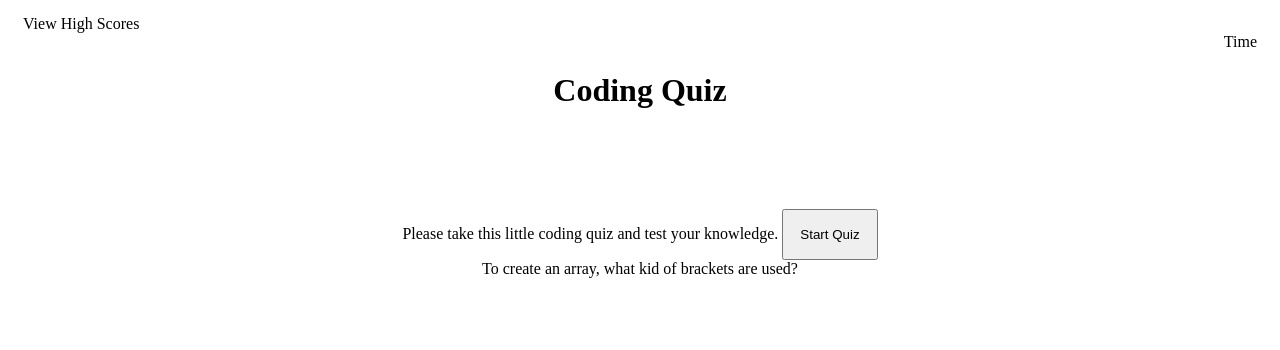
Repository: Naomilounsbury/code-quiz
Page: index.html
An editor plug-in stored every save of this project. The page is shown before and after the next save, followed by the edit.
The browser window is 1280 px wide. The pictures show the whole page.
After loading, the first visible `button` was clicked once.

Above is the page before, as saved 2021-11-27 17:58:07.
Console error: TypeError: Cannot read properties of undefined (reading 'appendChild')

### index.html
<!DOCTYPE html>
<html lang="en">
<head>
    <meta charset="UTF-8">
    <meta http-equiv="X-UA-Compatible" content="IE=edge">
    <meta name="viewport" content="width=device-width, initial-scale=1.0">
    <title>Code Quiz</title>
    <link rel="stylesheet" href="./assets/css/styles.css">
</head>
<body>
    <!-- basic words on the page, how do i get stuff inline? -->
 <header>
    <div class="high-scores">
     View High Scores
 </div>
 <!-- oh god I have to actually figure out how to do a timer -->
 <div class="time">
     Time
 </div>
 <h1 class="title">Coding Quiz</h1>
</header>
<!-- I then created a div element to introduce, maybe I'll add more to it later -->
 <div class="intro">

     Please take this little coding quiz and test your knowledge.
     <!-- I connected the button to the javascrpt woohoo -->
     <button onclick="onStartQuiz()">
         Start Quiz
     </button>
 </div>
 <!-- here is the quiz -->
 <form id="questions-form">
 <div class="question" >

 </div>

</form>
<script src="./assets/js/script.js"></script>
</body>
</html>

### assets/css/styles.css
header {
    margin: 10px;
    padding: 5px;
    text-decoration-color: black;

}
.high-scores{
    text-align: left;
}
.time{
    text-align: right;
}
h1{
    height: 100px;
    text-align: center;

}
.intro{
    text-align: center;
}
.question{
    text-align: center;

}
button{
    padding: 16px;

    text-align: center;
    align-content: center;
}

### assets/js/script.js
//first I am grabbing my variables from the html so that I can later use them inside functions
var formEl = document.querySelector("#questions-form");
var questionDivEl = document.querySelector(".question");
console.log(questionDivEl)
//I want to create an onclick function eventually
//so I'm creating my function
var onStartQuiz = function () {
    //when the quiz starts it grabs the first object in the array
    var currentQuestion = questions[0];

    //its going into the html and taking the div clas question and setting the value equal to the current question
    questionDivEl.innerText = currentQuestion.question

    //I dont know why these arent working and I'm crying
    var btn = document.createElement("BUTTON");
    btn.innerHTML = currentQuestion.a
    document.questionDivEl.appendChild(btn);

    var btn = document.createElement("button");
    btn.innerHTML = currentQuestion.b
    document.questionDivEl.appendChild(btn);

    var btn = document.createElement("button");
    btn.innerHTML = currentQuestion.c
    document.questionDivEl.appendChild(btn);

    var btn = document.createElement("button");
    btn.innerHTML = currentQuestion.d
    document.questionDivEl.appendChild(btn);

    var btn = document.createElement("button");
    btn.innerHTML = "Next Question"
    document.questionDivEl.appendChild(btn);

    //create a separate onclick that changes the current question to something else
    //create a next question button that will go on to the next question and save your answer
    console.log("hello")
}
//making an array of questions
var questions = [
    {
        //right now the key question is a string
        question: "To create an array, what kid of brackets are used?",
        answer: "a",
        a: "square brackets",
        b: "angle brackets",
        c: "curly brackets",
        d: "parentheses",
        //an array holds a list of items and since each question is an object we need a fucking comma
    },
    {
        question: "how do you create a branch with github?",
        answer: "b",
        a: "git push",
        b: "git branch",
        c: "git checkout",
        d: "git commit",
    },
    {
        question: "To create an array, what kid of brackets are used?",
        answer: "a",
        a: "square brackets",
        b: "angle brackets",
        c: "curly brackets",
        d: "parentheses",

    }
]

After the next save:
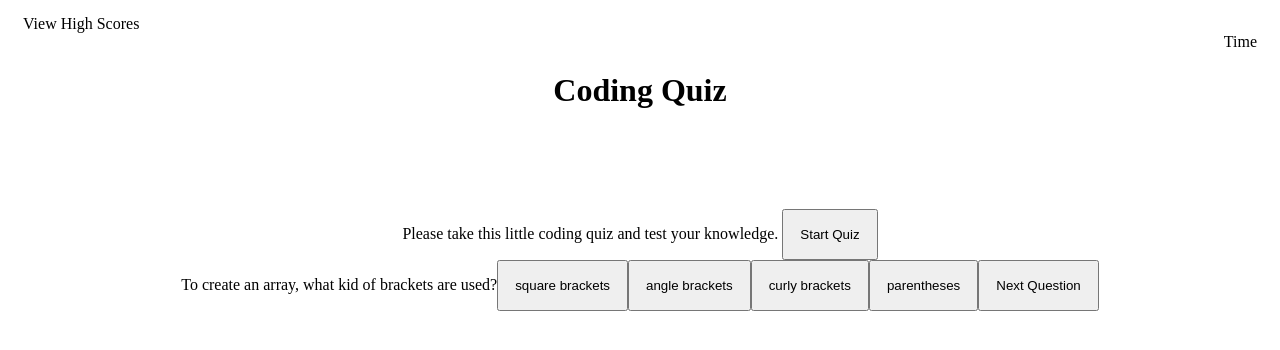
The error is gone.
Saved 2 min 54 s later.
--- a/assets/js/script.js
+++ b/assets/js/script.js
@@ -14,23 +14,23 @@ var onStartQuiz = function () {
     //I dont know why these arent working and I'm crying
     var btn = document.createElement("BUTTON");
     btn.innerHTML = currentQuestion.a
-    document.questionDivEl.appendChild(btn);
+    questionDivEl.appendChild(btn);
 
     var btn = document.createElement("button");
     btn.innerHTML = currentQuestion.b
-    document.questionDivEl.appendChild(btn);
+    questionDivEl.appendChild(btn);
 
     var btn = document.createElement("button");
     btn.innerHTML = currentQuestion.c
-    document.questionDivEl.appendChild(btn);
+    questionDivEl.appendChild(btn);
 
     var btn = document.createElement("button");
     btn.innerHTML = currentQuestion.d
-    document.questionDivEl.appendChild(btn);
+    questionDivEl.appendChild(btn);
 
     var btn = document.createElement("button");
     btn.innerHTML = "Next Question"
-    document.questionDivEl.appendChild(btn);
+    questionDivEl.appendChild(btn);
 
     //create a separate onclick that changes the current question to something else
     //create a next question button that will go on to the next question and save your answer
